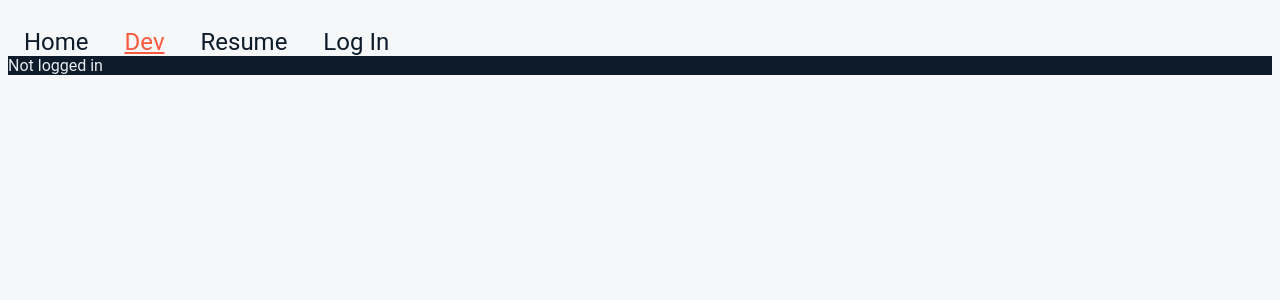
Repository: eghere-bsu/ethanghere-website
Page: http://localhost/dev.php
An editor plug-in stored every save of this project. The page is shown before and after the next save, followed by the edit.
The browser window is 1280 px wide. The pictures show the whole page.
The page is run by PHP 8.4 with error messages shown; the project is at /var/www/html/. Queries for data that is not in the repository find no rows.

Above is the page before, as saved 2023-11-06 21:59:33.

### dev.php
<?php
   $page = 'dev';
   require_once 'navbar.php';
   require_once 'cards.php';
   require_once 'Dao.php';
   $dao = new Dao();
   $display = 'none';
   //Check if user has permission to create a post
   if (isset($_SESSION['auth']) && $_SESSION['auth'] === true) {
      if (isset($_SESSION['username']) && ($dao->getPowerlvl($_SESSION['username']) == 1)) {
         $display = 'inline'; //show "create post" button
      }
   }
?>


<div style="<?php echo 'display: ' . $display . ';'?>">
   <h1>Add a New Post</h1>
   <?php
      if(isset($_SESSION['message'])) {
         echo htmlspecialchars($_SESSION['message'], ENT_QUOTES, 'UTF-8');
         unset($_SESSION['message']);
      }
   ?>
   <form action="post_handler.php" method="post" enctype="multipart/form-data">
      <label for="title">Title:</label><br>
      <input type="text" id="title" name="title" required><br>

      <label for="description">Description:</label><br>
      <textarea id="description" name="description" rows="4" cols="50"></textarea><br>

      <label for="post_link">Post Link:</label>
      <input type="text" id="post_link" name="post_link"><br>

      <label for="image_url">Image URL:</label>
      <input type="text" id="image_url" name="image_url"><br>

      <label for="category">Category:</label>
      <input type="text" id="category" name="category"><br>


      <input type="submit" value="Submit">
   </form>
</div>
<?php
   require_once 'footer.php';
?>

### navbar.php
<?php
   session_start();
   ini_set('display_errors', 1);
   error_reporting(E_ALL);

   // Unset session variables if logging out
   if (isset($_GET['action']) && $_GET['action'] === 'logout') {
      unset($_SESSION['auth']);
      unset($_SESSION['username']);
      unset($_SESSION['powerlvl']);
   }
   $loggedIn = isset($_SESSION['auth']) && $_SESSION['auth'] === true;
   $loginText = $loggedIn ? 'Log Out' : 'Log In';
   $loginHref = $loggedIn ? 'login.php?action=logout' : 'login.php';

   $loginButton = '<a class="' . ($page == 'login' ? 'active' : '') . '" href="' . $loginHref . '">' . $loginText . '</a>';
?>

<head>
	<link rel="stylesheet" href="styles.css">
   <link rel="icon" type="image/x-icon" href="favicon.ico">
</head>
<header><title>Ethan Ghere</title></header>
<div class="nav">
   <a class="<?php if ($page == 'home')
      { echo 'active'; }?>" href='index.php'>Home</a>
   <a class="<?php if ($page == 'dev')
      { echo 'active'; }?>" href='dev.php'>Dev</a>
   <a href="assets/resume.pdf">Resume</a>

   <?php echo $loginButton; ?>
</div>

### cards.php
<?php
   $page = 'dev';
   include_once 'navbar.php';
   require_once 'Dao.php';

   $dao = new Dao();
   $posts = $dao->getPosts();

   // Initialize a flag to keep track of the first post
   $firstPost = true;
?>

<html>
   <head>
      <link rel="stylesheet" href="dev.css">
   </head>
   <body>
      <div class="support-grid"></div>
      <div class="band">
      <?php
         foreach ($posts as $index => $post) {
            // Determine the CSS class based on the index
            $cssClass = ($firstPost) ? 'item-1' : 'item-2';

            // Output the HTML for the post card
            echo '<div class="' . $cssClass . '">';
            echo '<a href="' . $post['post_link'] . '" class="card">';
            echo '<div class="thumb" style="background-image: url(' . $post['image_url'] . ');"></div>';
            echo '<article>';
            echo '<h1>' . $post['title'] . '</h1>';
            echo '<p>' . $post['description'] . '</p>';
            echo '<span>' . $post['category'] . '</span>';
            echo '</article>';
            echo '</a>';
            echo '</div>';

            // Set the flag to false after the first post
            if ($firstPost) {
               $firstPost = false;
            }
         }
      ?>
      </div>
   </body>
</html>

<?php include_once 'footer.php';

### Dao.php
<?php
ini_set('display_errors', 1);
error_reporting(E_ALL);
// Dao.php
// class for saving and getting comments from MySQL
class Dao {

  //localhost
  private $host = "localhost";
  private $db = "db";
    private $user = "eghere";
  private $pass = "labrador";

  //deployment
  //mariadb -h vkh7buea61avxg07.cbetxkdyhwsb.us-east-1.rds.amazonaws.com -u bf28epl5ub2me1yp -pdbrnyuq8526w3wp3 r9n0gt3rioqj5f5n


  public function getConnection () {
    return
      new PDO("mysql:host={$this->host};dbname={$this->db}", $this->user,
          $this->pass);
  }

  public function createUser($username, $password, $powerlvl = 0) {
    // Hash the password
    $hashedPassword = password_hash($password, PASSWORD_BCRYPT);

    $conn = $this->getConnection();
    $createUser = "INSERT INTO Users (username, password, powerlvl) VALUES (:username, :password, :powerlvl)";
    $q = $conn->prepare($createUser);
    $q->bindParam(":username", $username);
    $q->bindParam(":password", $hashedPassword);
    $q->bindParam(":powerlvl", $powerlvl);
    $q->execute();
  }

  public function usernameExists($username) {
    $conn = $this->getConnection();
    $usernameExists =
        "SELECT COUNT(*)
        FROM Users
        WHERE username = :username";
    $q = $conn->prepare($usernameExists);
    $q->bindParam(":username", $username);
    $q->execute();
    return $q->fetchColumn() > 0;
  }

  public function validateUser($username, $password) {
    //Prepare query
    $conn = $this->getConnection();
    $validateUser =
        "SELECT user_id, password, powerlvl
        FROM Users
        WHERE username = :username";
    $q = $conn->prepare($validateUser);
    $q->bindParam(":username", $username);
    $q->execute();
    //Match password
    $userRow = $q->fetch(PDO::FETCH_ASSOC);
    if ($userRow && password_verify($password, $userRow['password'])) {
        return true;
    } else {
        return false;
    }
  }

  public function getUserId($username) {
    $conn = $this->getConnection();
    $getUserId =
        "SELECT user_id
        FROM Users
        WHERE username = :username";
    $q = $conn->prepare($getUserId);
    $q->bindParam(":username", $username);
    $q->execute();

    $user_id = $q->fetchColumn();
    return $user_id;
  }

  public function getPowerlvl ($username) {
    $conn = $this->getConnection();
    $getPowerlvl =
        "SELECT powerlvl
        FROM Users
        WHERE username = :username";
    $q = $conn->prepare($getPowerlvl);
    $q->bindParam(":username", $username);
    $q->execute();

    $powerlvl = $q->fetchColumn();
    return $powerlvl;
  }

  public function createPost($user_id, $title, $description, $post_link, $image_url, $category) {
    $conn = $this->getConnection();
    $createPost = "INSERT INTO Posts (user_id, title, description, post_link, image_url, category)
                        VALUES (:user_id, :title, :description, :post_link, :image_url, :category)";
    $q = $conn->prepare($createPost);
    $q->bindParam(":user_id", $user_id);
    $q->bindParam(":title", $title);
    $q->bindParam(":description", $description);
    $q->bindParam(":post_link", $post_link);
    $q->bindParam(":image_url", $image_url);
    $q->bindParam(":category", $category);
    $q->execute();
  }

  public function getPosts() {
    $conn = $this->getConnection();

    $getPostsQuery = "SELECT * FROM Posts ORDER BY created_at DESC";
    $q = $conn->prepare($getPostsQuery);
    $q->execute();

    return $q->fetchAll(PDO::FETCH_ASSOC);
  }


  // public function getComments () {
  //   $conn = $this->getConnection();
  //   return $conn->query("SELECT comment, date_entered, id FROM comments ORDER BY date_entered desc")->fetchAll(PDO::FETCH_ASSOC);
  // }
} // end Dao

### footer.php
<div class="footer">
    <span class="footer" href="#nav">
    <?php
        if (isset($_SESSION['auth']) && $_SESSION['auth'] === true) {
            if (isset($_SESSION['username'])) {
                echo 'Logged in as ' . $_SESSION['username'];
            } else {
                echo 'Username not found';
            }
        } else {
            echo 'Not logged in';
        }
    ?>
    </span>
</div>

### styles.css
/* Global */
* {
   -moz-box-sizing: border-box;
   -webkit-box-sizing: border-box;
   box-sizing: border-box;
 }


html {
   background: #e7ecef;
   color: #0d1b2a;
   font-family: 'Roboto', sans-serif;
   -webkit-font-smoothing: antialiased;
   margin: auto;
}

body {
   color: #0d1b2a;
}

.row {
   display: flex;
   flex-direction: row;
   width: 80%;
   margin: auto;
}

.column {
   float: left;
}

/* Navigation */
.nav a {
	color: #0d1b2a;
	padding: 14px 16px;
	font-size: 24px;
	text-decoration: none;
}

.nav a.active {
	color: #f85a3e;
   text-decoration: underline;
}

/* Footer */
.footer {
   /* position: fixed;
   left: 0;
   bottom: 0; */
   width: 100%;
   background-color: #0d1b2a;
   color: #e7ecef;
   text-decoration: none;
}

/* Homepage */

.hero-l {
   width: 15%;
}

.hero-m {
   width: 30%;
}

.hero-r {
   width: 55%;
   text-align: right;
   font-size: 1.6em;
}

.row:after {
   content: "";
   display: table;
   clear: both;
}

.name {
   color: #f85a3e;
   display: flex;
   flex-direction: column;
   float: left;
   margin: 0;
   font-size: 5em;
   line-height: 1em;
   word-wrap: break-word;
   border-left: 8px solid #f85a3e;
   padding-left: 8px;
}

#stripes {
	height: 100vh;
	background: #0d1b2a;
	clip-path: polygon(0 77%, 0% 100%, 100% 100%);
}

/* bumper.html */
/* angled div */
.slanted-div {
   position: relative;
   padding: 200px 0;
   background: #128c7e;
   overflow: visible;
   z-index: 1;
 }

 /* where the magic happens */
 .slanted-div:after {
   content: '';
   width: 100%;
   height: 100%;
   position: absolute;
   background: inherit;
   z-index: -1;
   bottom: 0;
   transform-origin: left bottom;
   transform: skewY(3deg);
 }

 /* displays the content inside, as these settings in the parent breaks the effect */
 .slanted-div div {
   text-align: center;
   font-size: 1.5em;
   line-height: 1.5;
 }

/* dev.php */

### dev.css
  html {
    background: #f5f7f8;
    color: #0d1b2a;
    font-family: 'Roboto', sans-serif;
    -webkit-font-smoothing: antialiased;
    padding: 20px 0;
  }

  .band {
    width: 90%;
    max-width: 1240px;
    margin: 0 auto;

    display: grid;

    grid-template-columns: 1fr;
    grid-template-rows: auto;
    grid-gap: 20px;

  }

  @media only screen and (min-width: 500px) {
    .band {
      grid-template-columns: 1fr 1fr;
    }
    .item-1 {
    grid-column: 1/ span 2;
    }
    .item-1 h1 {
      font-size: 30px;
    }
  }

  @media only screen and (min-width: 850px) {
    .band {
      grid-template-columns: 1fr 1fr 1fr 1fr;
    }
  }

  /* card */

  .card {
    min-height: 100%;
    background: white;
    box-shadow: 0 2px 5px rgba(0,0,0,0.1);
    display: flex;
    flex-direction: column;
    text-decoration: none;
    color: #444;
    position: relative;
    top: 0;
    transition: all .1s ease-in;
  }

  .card:hover {
    top: -2px;
    box-shadow: 0 4px 5px rgba(0,0,0,0.2);
  }

  .card article {
    padding: 20px;
    display: flex;

    flex: 1;
    justify-content: space-between;
    flex-direction: column;

  }
  .card .thumb {
    padding-bottom: 60%;
    background-size: cover;
    background-position: center center;
  }

  .card p {
    flex: 1; /* make p grow to fill available space*/
    line-height: 1.4;
  }

  /* typography */
  h1 {
    font-size: 20px;
    margin: 0;
    color: #333;
  }

  .card span {
    font-size: 12px;
    font-weight: bold;
    color: #999;
    text-transform: uppercase;
    letter-spacing: .05em;
    margin: 2em 0 0 0;
  }

After the next save:
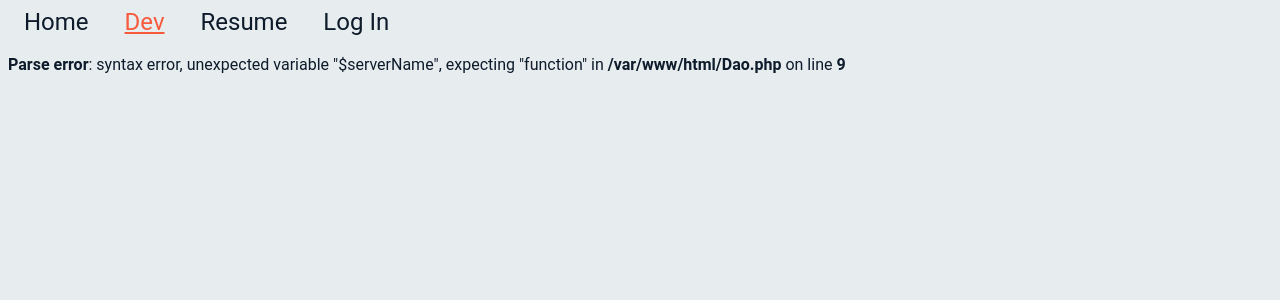
Saved 2 min 33 s later.
--- a/Dao.php
+++ b/Dao.php
@@ -6,10 +6,22 @@ error_reporting(E_ALL);
 class Dao {
 
   //localhost
-  private $host = "localhost";
-  private $db = "db";
-    private $user = "eghere";
-  private $pass = "labrador";
+  $serverName = $_SERVER['SERVER_NAME'];
+
+  if ($serverName === 'localhost') {
+      // Local database credentials
+      $host = 'localhost';
+      $db = 'local_db_name';
+      $user = 'local_db_user';
+      $pass = 'local_db_password';
+  } else {
+      // Online database credentials
+      $host = 'online_db_host';
+      $db = 'online_db_name';
+      $user = 'online_db_user';
+      $pass = 'online_db_password';
+  }
+
 
   //deployment
   //mariadb -h vkh7buea61avxg07.cbetxkdyhwsb.us-east-1.rds.amazonaws.com -u bf28epl5ub2me1yp -pdbrnyuq8526w3wp3 r9n0gt3rioqj5f5n
